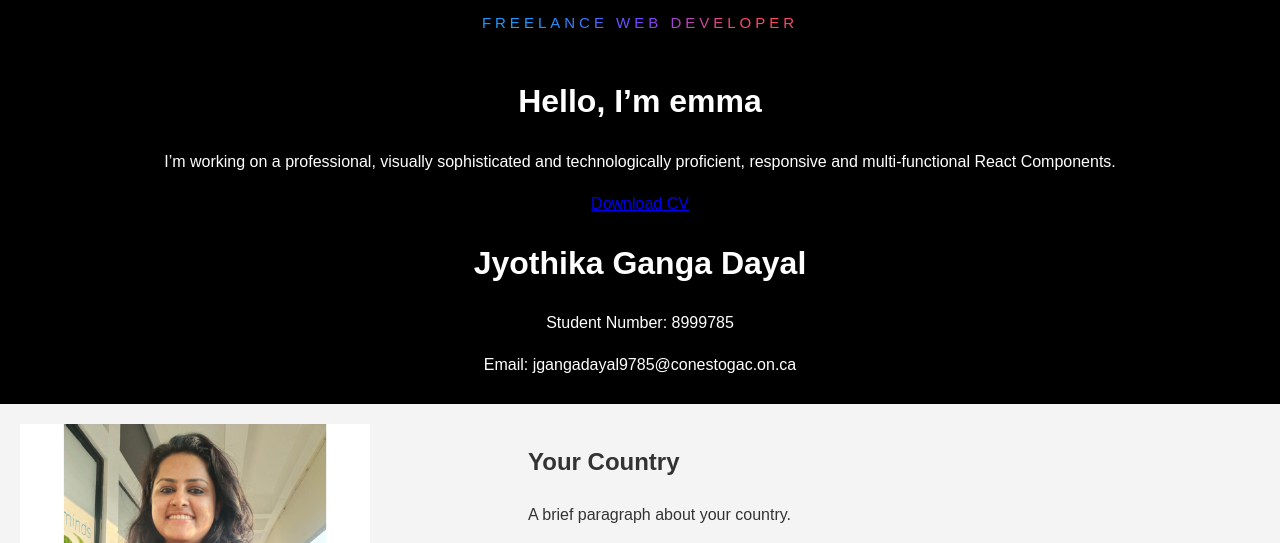
Repository: jyothika123/portfolio
Page: index.html
These files come from the project's save history. The page is drawn as it stood at one moment and after the next save; the edit follows.
The browser window is 1280 px wide. The pictures show the part of the page from y = 0 to 543 px (the page is 1209 px tall before and 1326 px after).
Pictures or frames that could not be fetched are drawn as grey boxes.

Above is the page before, as saved 2024-09-22 15:17:33.

After the next save:
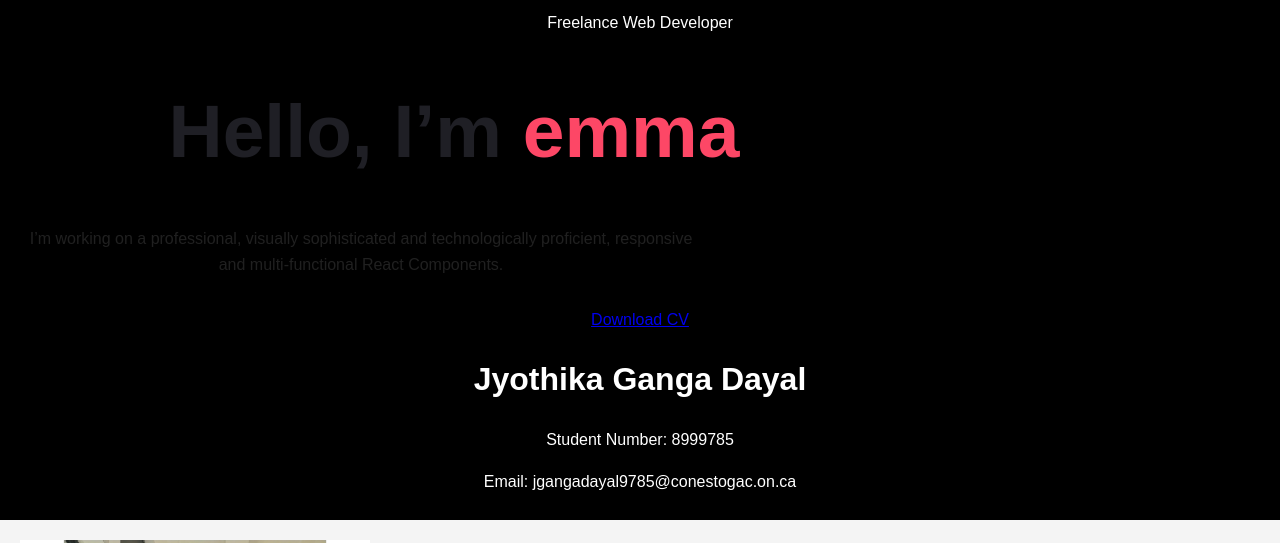
Saved 76 s later.
--- a/css/style.css
+++ b/css/style.css
@@ -52,19 +52,20 @@ footer {
     height: 350px;
 }
 
-.content .title {
-    color: #0a0a0a;
-    font-size: 15px;
-    text-transform: uppercase;
-    letter-spacing: 4px;
-    display: inline-block;
-    margin-bottom: 20px;
-    background: linear-gradient(
-      120deg,
-      #1c99fe 20.69%,
-      #7644ff 50.19%,
-      #fd4766 79.69%
-    );
-    -webkit-background-clip: text;
-    -webkit-text-fill-color: transparent;
+.content h1 {
+    color: #1f1f25;
+    font-size: 75px;
+    font-weight: 900;
+    line-height: 90px;
+    text-transform: inherit;
+    width: 70%;
   }
+  .content h1 span {
+    color: #fd4766;
+  }
+  .content p {
+    width: 55%;
+    color: #202020;
+    margin-top: 25px;
+    margin-bottom: 30px;
+  }
